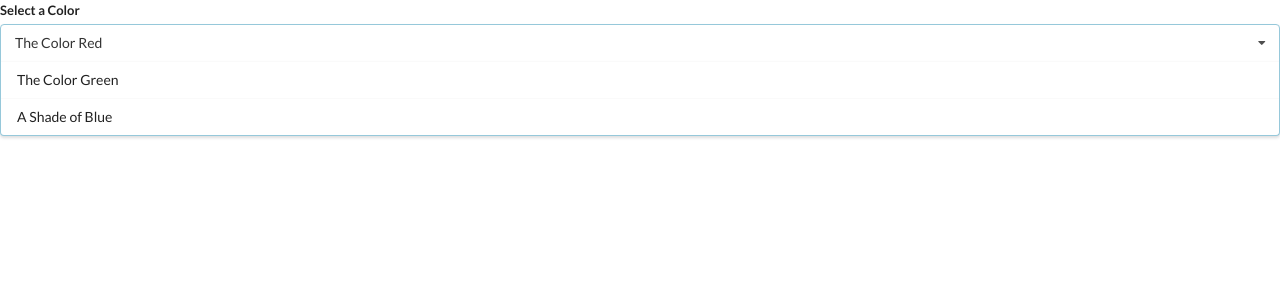
Repository: EgorSherstnev/widgets
Page: /
These files come from the project's save history. The page is drawn as it stood at one moment and after the next save; the edit follows.
The browser window is 1280 px wide. The pictures show the whole page.
Some web libraries are served in a nearby version. The project was rebuilt for these pictures with package versions that can differ from the ones it lists, and the page was loaded fresh each time. Also part of the build but not shown: src/components/Accordion.js, src/components/Search.js.

Above is the page before, as saved 2022-11-02 19:59:43.

After the next save:
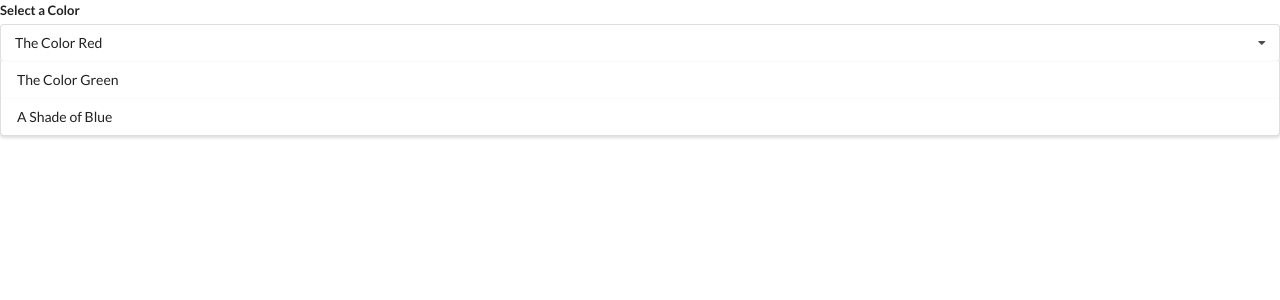
Saved 9 min 13 s later.
--- a/src/components/Dropdown.js
+++ b/src/components/Dropdown.js
@@ -23,7 +23,10 @@
         <div className="ui form">
             <div className="field">
                 <label className="label">Select a Color</label>
-                <div className="ui selection dropdown visible active">
+                <div
+                    onClick={() => setOpen(!open)}
+                    className={`ui selection dropdown ${open ? 'visible active' : ''}`}
+                >
                     <i className="dropdown icon"></i>
                     <div className="text">{selected.label}</div>
                     <div className="menu visible transition">
